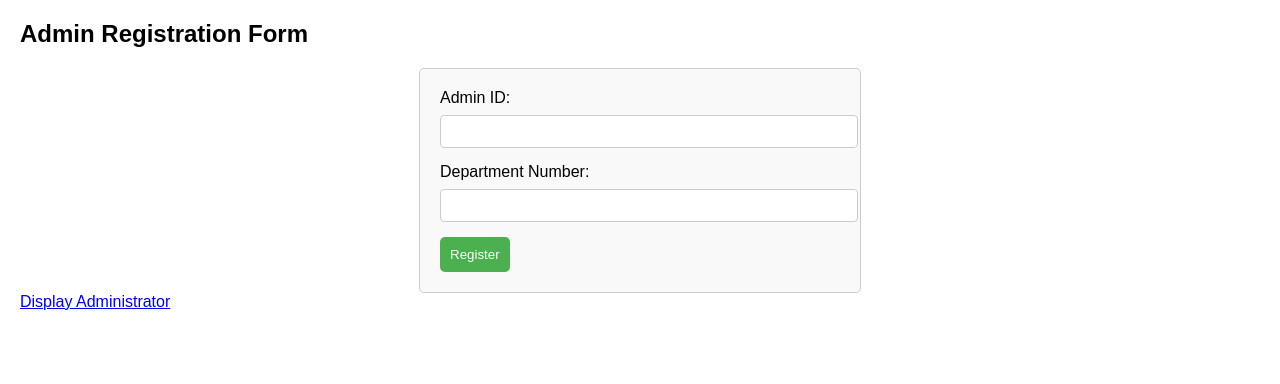
Repository: LokeshGundrathi/AssignmentLeucine
Page: AssignmentProjectLeucine/src/main/webapp/AdminRegistrationForm.html
These files come from the project's save history. The page is drawn as it stood at one moment and after the next save; the edit follows.
The browser window is 1280 px wide. The pictures show the whole page.

Above is the page before, as saved 2024-09-27 19:51:24.

### AssignmentProjectLeucine/src/main/webapp/AdminRegistrationForm.html
<!DOCTYPE html>
<html lang="en">
<head>
    <meta charset="UTF-8">
    <meta name="viewport" content="width=device-width, initial-scale=1.0">
    <title>Admin Registration Form</title>
    <style>
        body {
            font-family: Arial, sans-serif;
            margin: 20px;
        }
        form {
            max-width: 400px;
            margin: auto;
            padding: 20px;
            border: 1px solid #ccc;
            border-radius: 5px;
            background-color: #f9f9f9;
        }
        label {
            display: block;
            margin-bottom: 8px;
        }
        input[type="text"], input[type="number"] {
            width: 100%;
            padding: 8px;
            margin-bottom: 15px;
            border: 1px solid #ccc;
            border-radius: 4px;
        }
        input[type="submit"] {
            background-color: #4CAF50;
            color: white;
            padding: 10px;
            border: none;
            border-radius: 5px;
            cursor: pointer;
        }
        input[type="submit"]:hover {
            background-color: #45a049;
        }
        .button {
    background-color: #4CAF50; /* Green background */
    border: none; /* No border */
    color: white; /* White text */
    padding: 15px 32px; /* Padding around the text */
    text-align: center; /* Centered text */
    text-decoration: none; /* No underline */
    display: inline-block; /* Allows setting width/height */
    font-size: 16px; /* Text size */
    margin: 4px 2px; /* Small margin */
    cursor: pointer; /* Pointer cursor on hover */
    border-radius: 8px; /* Rounded corners */
    transition: background-color 0.3s; /* Smooth background change */
}

.button:hover {
    background-color: #45a049; /* Darker green on hover */
}
    </style>
</head>
<body>

<h2>Admin Registration Form</h2>
<form action="admin" method="get">
    <label for="id">Admin ID:</label>
    <input type="text" id="id" name="id" required>

    <label for="deptno">Department Number:</label>
    <input type="number" id="deptno" name="deptno" required>

    <input type="submit" value="Register">
</form>
<a href="DisplayAdminstrator.jsp">Display Administrator</a>
</body>
</html>

After the next save:
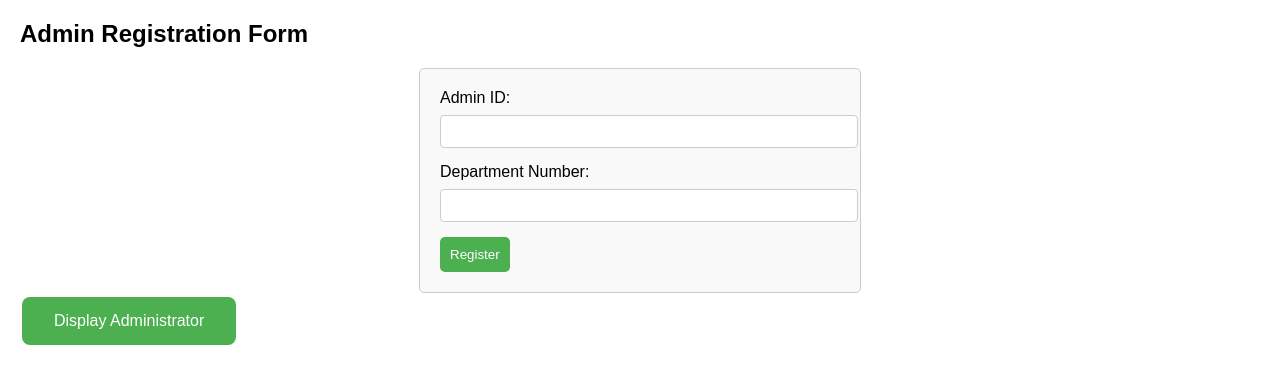
Saved 54 s later.
--- a/AssignmentProjectLeucine/src/main/webapp/AdminRegistrationForm.html
+++ b/AssignmentProjectLeucine/src/main/webapp/AdminRegistrationForm.html
@@ -71,6 +71,6 @@
 
     <input type="submit" value="Register">
 </form>
-<a href="DisplayAdminstrator.jsp">Display Administrator</a>
+<a href="DisplayAdminstrator.jsp" class="button">Display Administrator</a>
 </body>
 </html>
